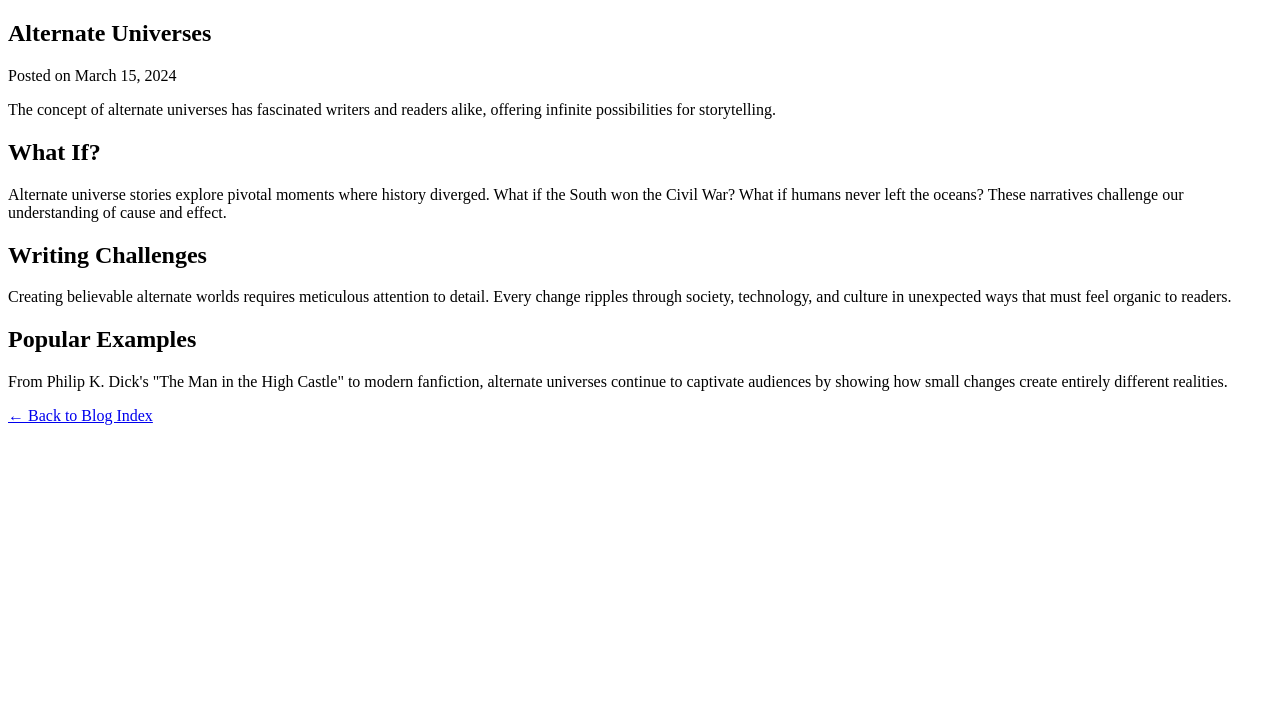
Repository: pjpatrick071/pjpatrick071.github.io
Page: posts/alternate-universes.html
These files come from the project's save history. The page is drawn as it stood at one moment and after a run of saves; the edit follows.
The browser window is 1280 px wide. The pictures show the whole page.
Some web fonts or font styles are not loaded; a fallback is used.

Above is the page before, as saved 2025-04-02 23:25:24.

After the next 2 saves:
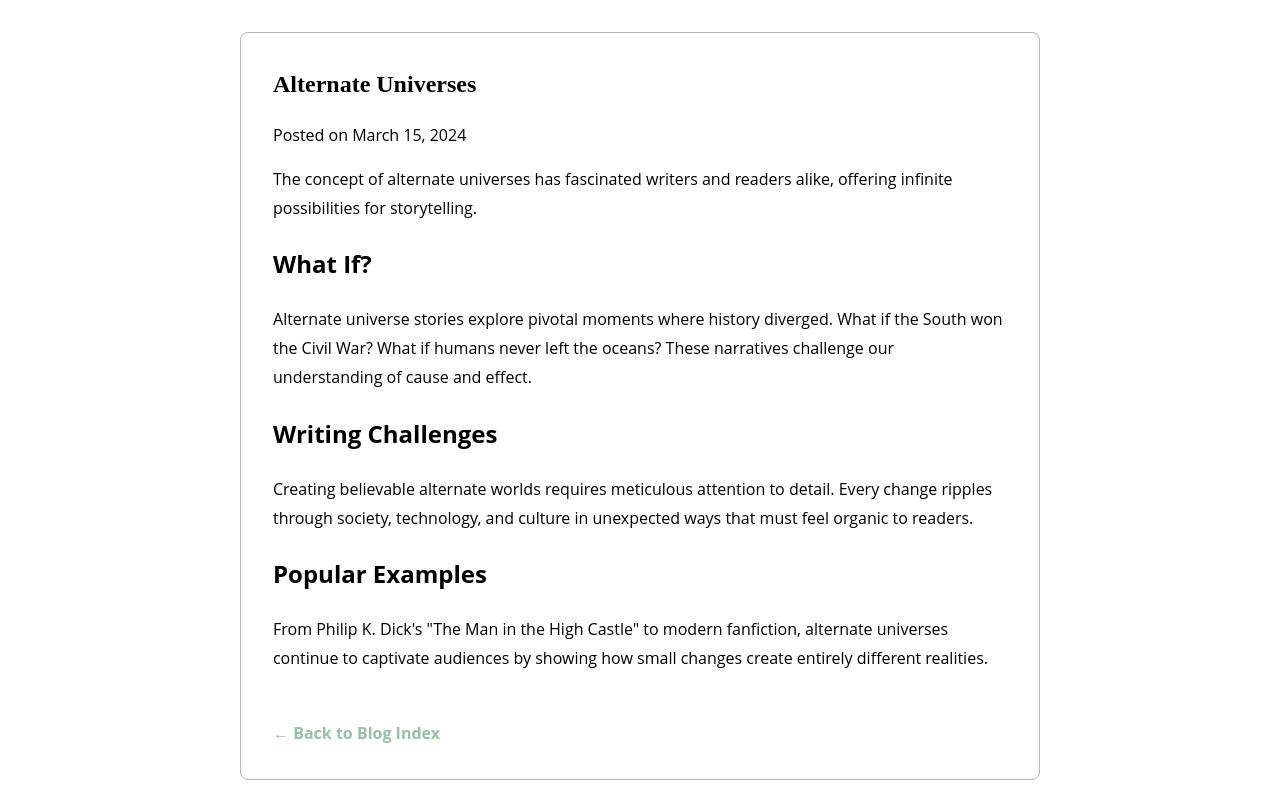
The 2 saves are shown as one change because they came seconds apart.
The last was saved 48 s later.
--- a/posts/alternate-universes.html
+++ b/posts/alternate-universes.html
@@ -1,9 +1,55 @@
 <!DOCTYPE html>
 <html lang="en">
-<head>
-    <!-- Same head as snail-trail.html -->
+    <head>
+        <meta charset="UTF-8">
+        <meta name="viewport" content="width=device-width, initial-scale=1.0">
+        <title>Behind the Snail Trail | PJ's Postings</title>
+        <link href="https://fonts-api.wp.com/css?family=Playfair+Display:400,400i,700,700i|Open+Sans:400,400i,700,700i&subset=latin,latin-ext" rel="stylesheet">
+        <link href="https://cdnjs.cloudflare.com/ajax/libs/font-awesome/6.4.0/css/all.min.css" rel="stylesheet">
+        <style>
+            /* Copy all CSS from blog.html */
+            body {
+                font-family: 'Open Sans', sans-serif;
+                line-height: 1.6;
+                margin: 0;
+                padding: 0;
+                background-color: white;
+                color: black;
+            }
+            .container {
+                max-width: 800px;
+                margin: 2rem auto;
+                padding: 0 1rem;
+            }
+            .blog-post {
+                background-color: white;
+                border: 1px solid #b3b3b3;
+                border-radius: 8px;
+                padding: 2rem;
+            }
+            .post-title {
+                font-family: 'Playfair Display', serif;
+                margin-top: 0;
+            }
+            .post-content {
+                line-height: 1.8;
+            }
+            .post-content img {
+                max-width: 100%;
+                height: auto;
+                margin: 1rem 0;
+            }
+            .back-to-blog {
+                display: inline-block;
+                margin-top: 2rem;
+                color: #94c0a4;
+                font-weight: bold;
+                text-decoration: none;
+            }
+        </style>
+    </head>
     <title>Alternate Universes | PJ's Postings</title>
-</head>
+
 <body>
     <!-- Same header as snail-trail.html -->
 
